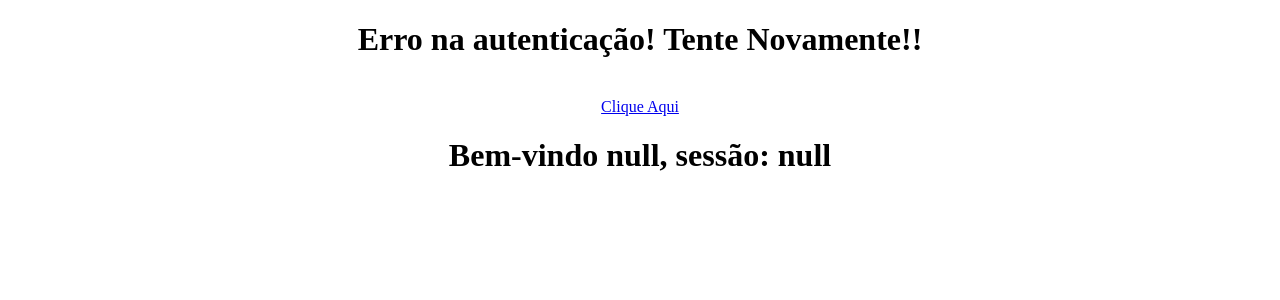
Repository: EikkoMass/WorkspaceTrilhaSeguranca
Page: ProjetoTrilhaSeguranca/WebContent/erro.html
An editor plug-in stored every save of this project. The page is shown before and after the next save, followed by the edit.
The browser window is 1280 px wide. The pictures show the whole page.

Above is the page before, as saved 2022-02-17 21:45:58.

### ProjetoTrilhaSeguranca/WebContent/erro.html
<!DOCTYPE html>
<html lang="en">
<head>
<meta charset="UTF-8">
<meta http-equiv="X-UA-Compatible" content="IE=edge">
<meta name="viewport" content="width=device-width, initial-scale=1.0">
<script src="principal.js"></script>
<title>Init</title>
</head>
<body>
	<center>
		<h1>Erro na autenticação! Tente Novamente!!</h1><br><a href="index.html">Clique Aqui</a>
		<h1 id="content"></h1>
	</center>
</body>
</html>

### ProjetoTrilhaSeguranca/WebContent/principal.js
document.addEventListener("DOMContentLoaded", function (e) {

const queryString = window.location.search;
const urlParams = new URLSearchParams(queryString);
const sessionId = urlParams.get('sessionId');
const username = urlParams.get('username');

let content = document.querySelector('#content');

content.append(`Bem-vindo ${username}, sessão: ${sessionId}`);

});

After the next save:
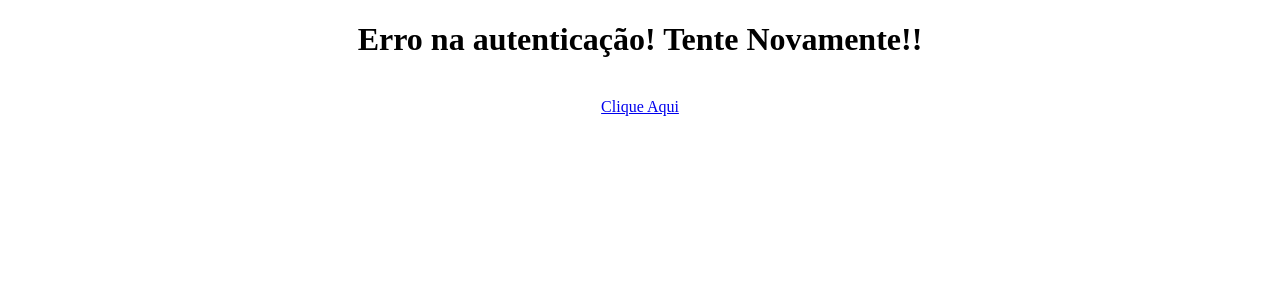
Saved 14 s later.
--- a/ProjetoTrilhaSeguranca/WebContent/erro.html
+++ b/ProjetoTrilhaSeguranca/WebContent/erro.html
@@ -4,13 +4,11 @@
 <meta charset="UTF-8">
 <meta http-equiv="X-UA-Compatible" content="IE=edge">
 <meta name="viewport" content="width=device-width, initial-scale=1.0">
-<script src="principal.js"></script>
 <title>Init</title>
 </head>
 <body>
 	<center>
 		<h1>Erro na autenticação! Tente Novamente!!</h1><br><a href="index.html">Clique Aqui</a>
-		<h1 id="content"></h1>
 	</center>
 </body>
 </html>
